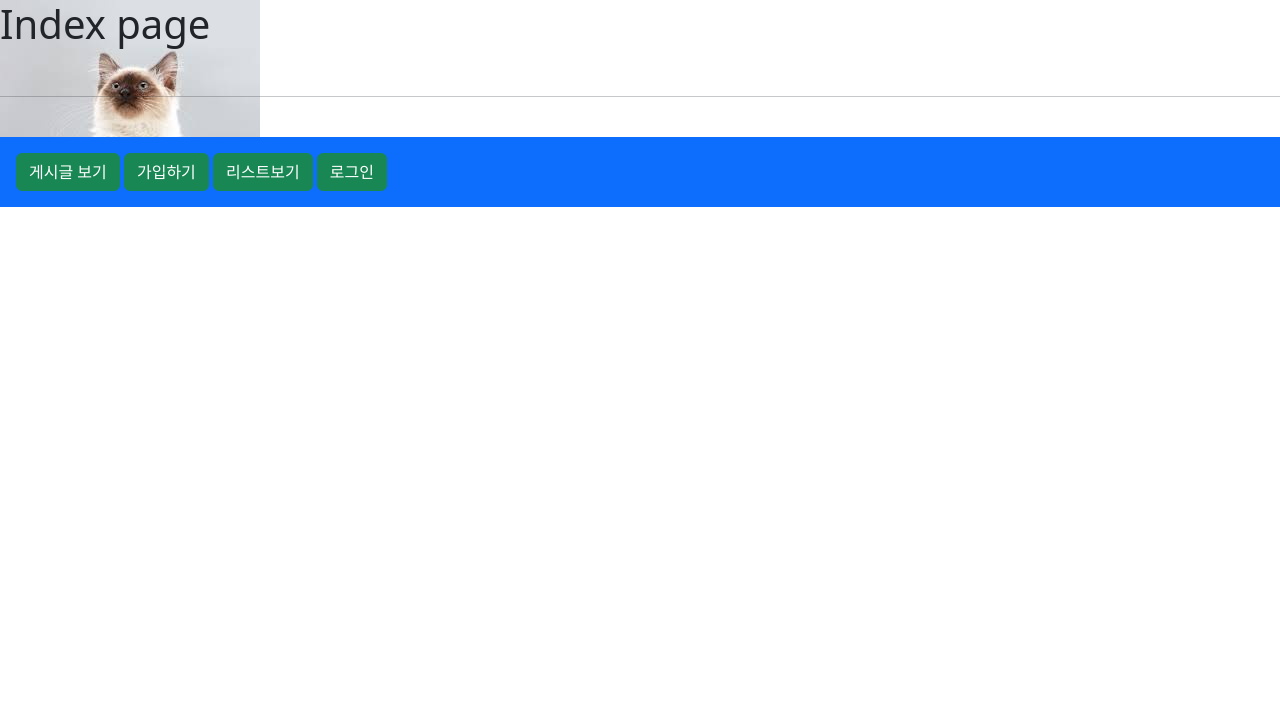
Repository: doridori890130/JSP
Page: http://localhost/jsp_project/mem/login_auth
These files come from the project's save history. The page is drawn as it stood at one moment and after the next save; the edit follows.
The browser window is 1280 px wide. The pictures show the whole page.
The page is served by Tomcat 9. Queries for data that is not in the repository find no rows.

Above is the page before, as saved 2023-06-01 04:29:55.

After the next save:
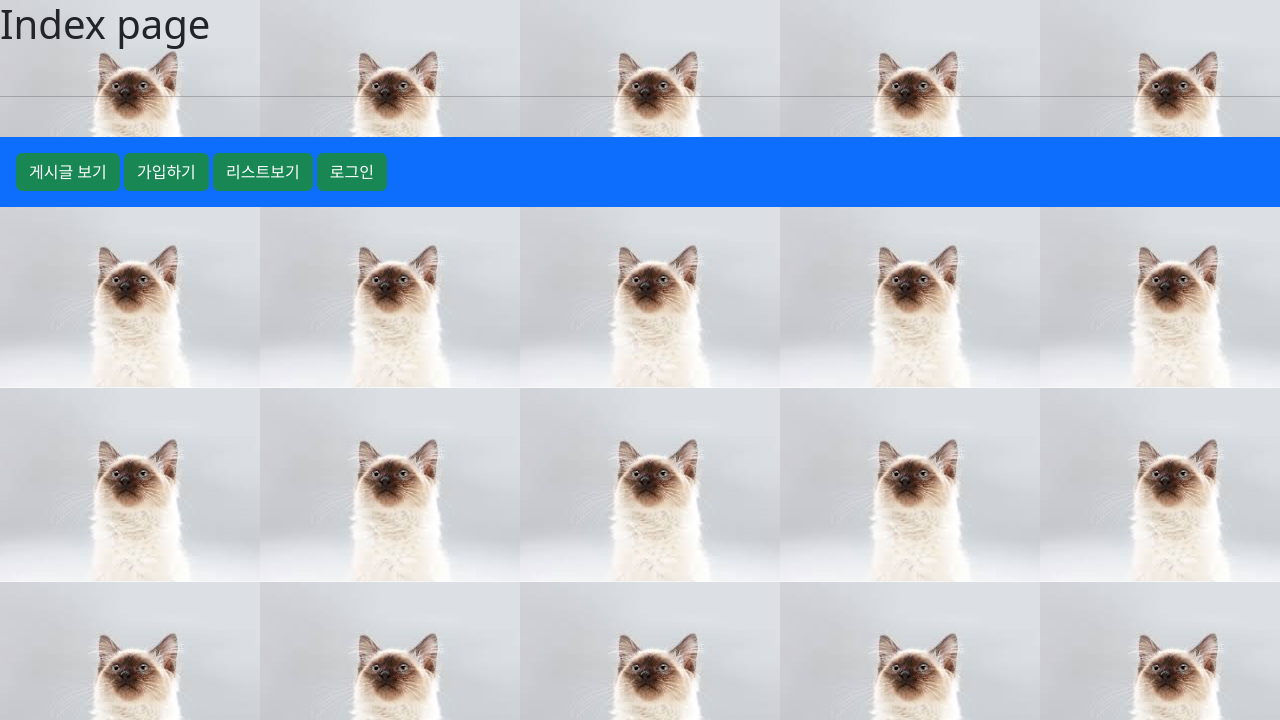
Saved 36 s later.
--- a/jsp_project4/jsp_project/src/main/webapp/index.jsp
+++ b/jsp_project4/jsp_project/src/main/webapp/index.jsp
@@ -10,7 +10,7 @@
 <style type="text/css">
   body{
 	  background-image: url("/img/images.jpg");
-	  background-repeat: no-repeat;
+
 
   }
 </style>
